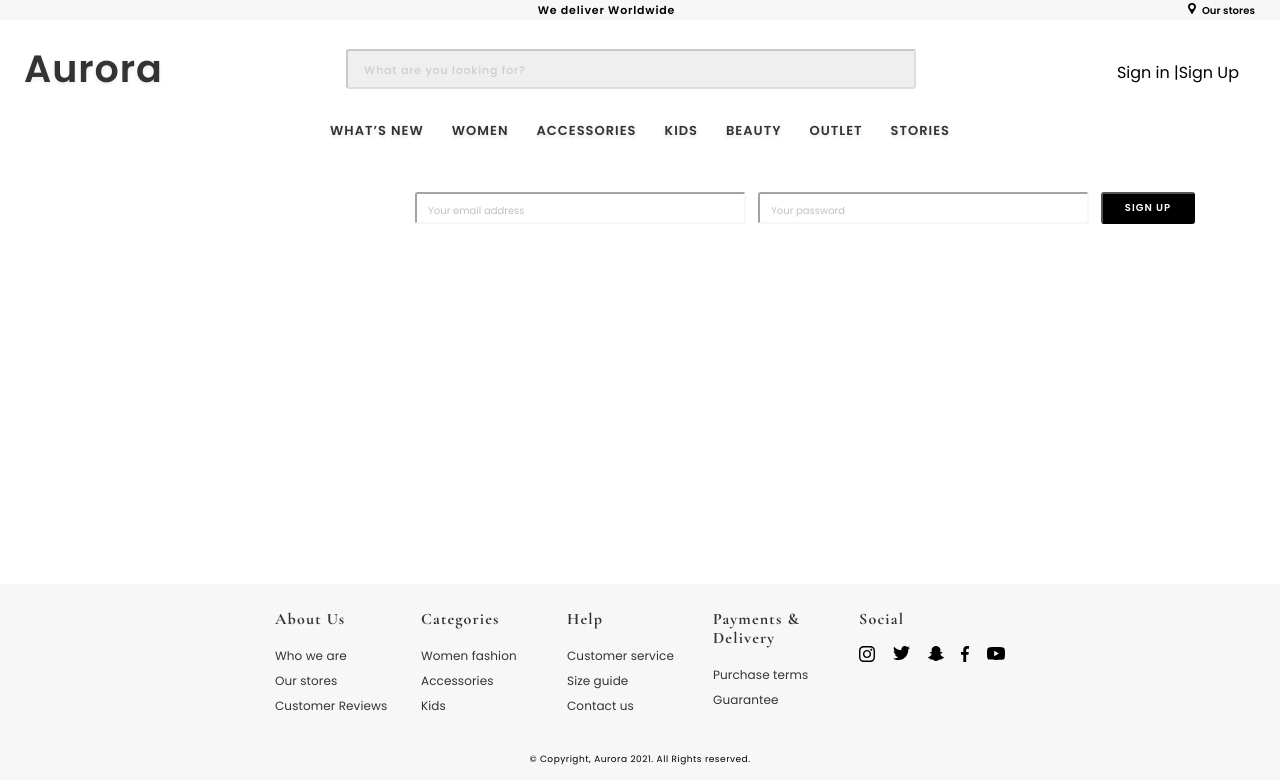
Repository: YuraKrvz/aurora-react-redux-toolkit-firebase
Page: /signUp
An editor plug-in stored every save of this project. The page is shown before and after a run of saves, followed by the edit.
The browser window is 1280 px wide. The pictures show the whole page.
The project was rebuilt for these pictures with package versions that can differ from the ones it lists, and the page was loaded fresh each time. Also part of the build but not shown: src/components/MainSection/MainSection.jsx, src/pages/HomeGuest.jsx, src/pages/HomeUser.jsx, src/pages/SignIn.jsx.

Above is the page before, as saved 2021-11-29 15:14:30.

After the next 2 saves:
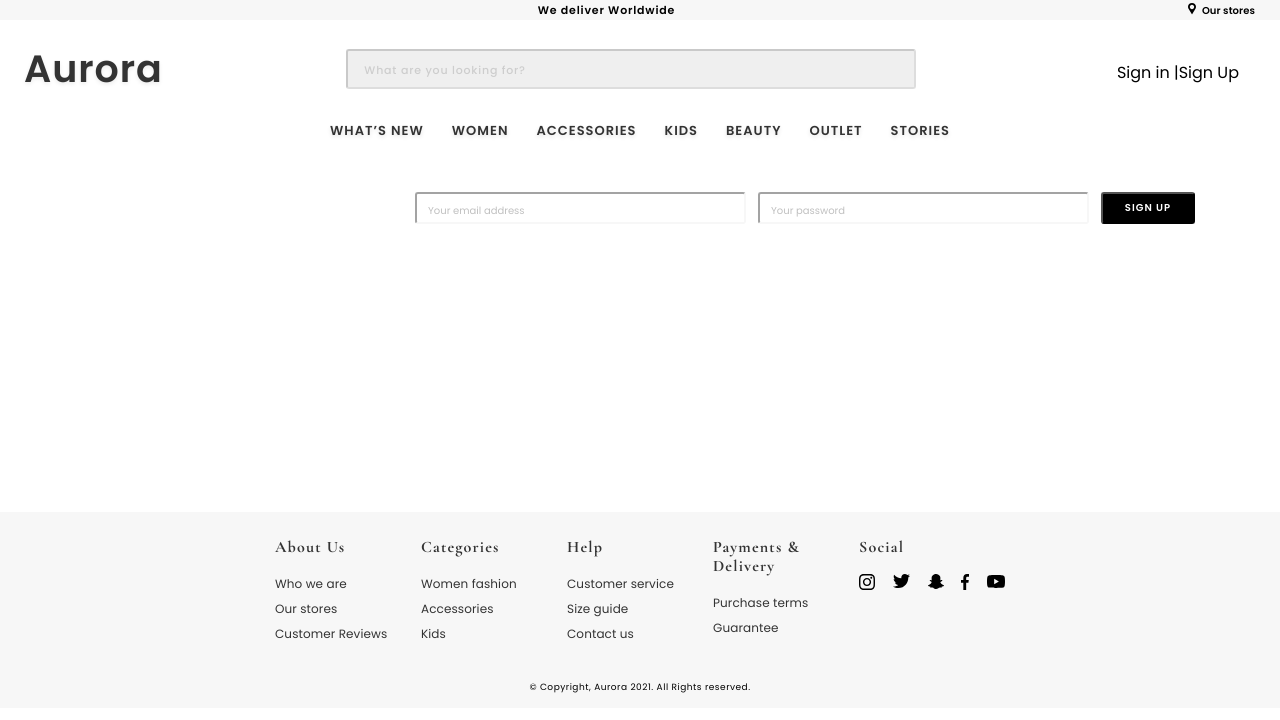
The 2 saves are shown as one change because they came seconds apart.
The last was saved 6 s later.
--- a/src/components/MainSection/MainSection.module.css
+++ b/src/components/MainSection/MainSection.module.css
@@ -25,7 +25,7 @@
    display: block;
    margin: 32px auto;
    width: 450px;
-   height: 50vh;
+   height: 40vh;
 }
 .text{
    margin-bottom: 14px;
